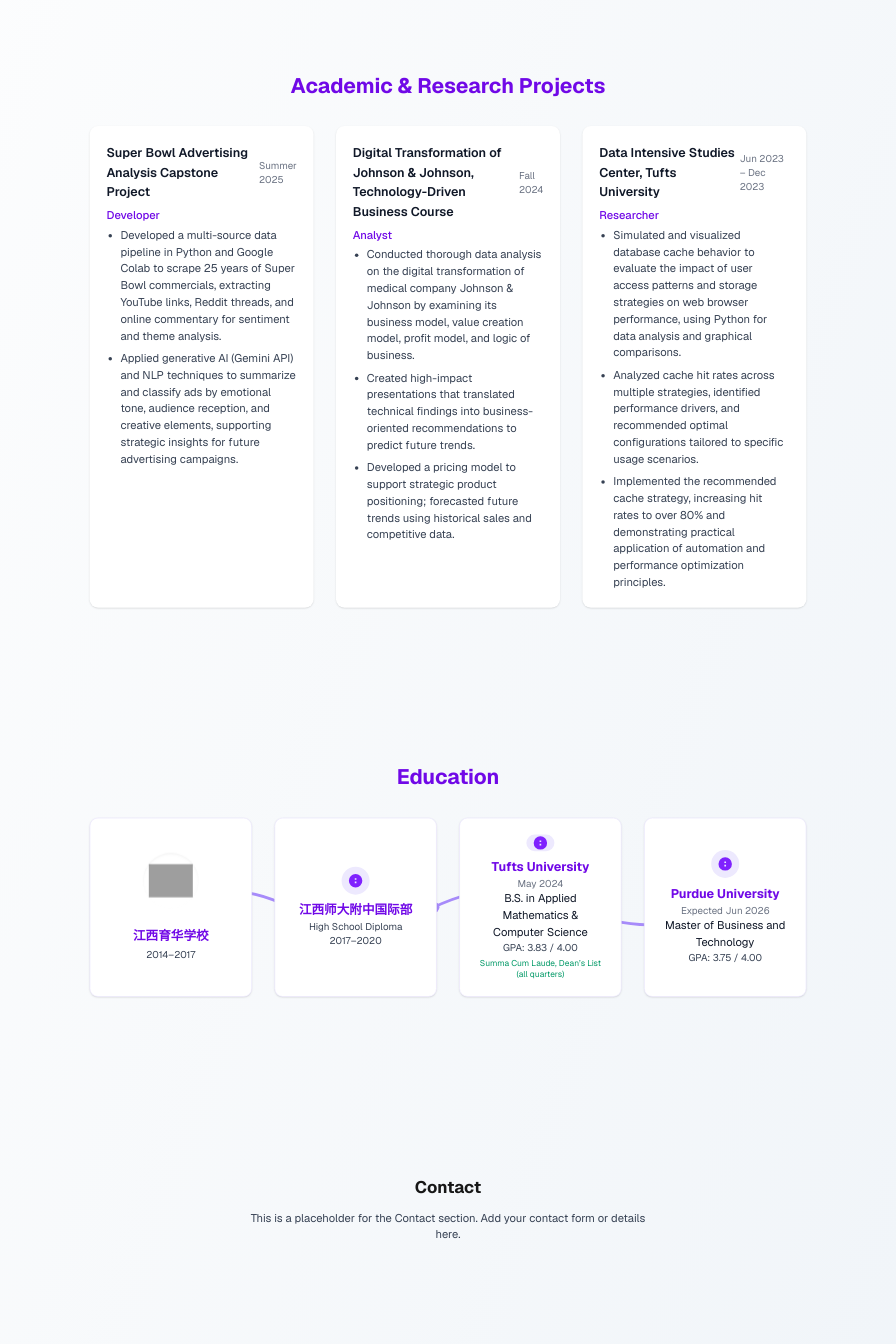
Repository: winniewyl/personal-portfolio
Page: /
These files come from the project's save history. The page is drawn as it stood at one moment and after the next save; the edit follows.
The browser window is 1280 px wide. The pictures show the part of the page from y = 1833 to 3753 px (the page is 3753 px tall), at 70% of full size.
Pictures or frames that could not be fetched are drawn as grey boxes. The project was rebuilt for these pictures with package versions that can differ from the ones it lists, and the page was loaded fresh each time. The framework's server and built-in components were replaced by stand-ins that run in the browser. Also part of the build but not shown: next.config.ts.

Above is the page before, as saved 2025-07-23 12:11:54.

### src/app/page.tsx
import Hero from '../components/Hero';
import About from '../components/About';
import Projects from '../components/Projects';
import Contact from '../components/Contact';

const experienceData = [
  {
    org: 'Data Intensive Studies Center, Tufts University',
    title: 'Data Analyst Intern & Co-Author',
    date: 'Jun 2023 – Dec 2023',
    highlights: [
      'Developed a custom Drupal-based content management site to present visualizations and insights from research on AI/ML ethics, integrating cross-functional feedback and automation techniques to enhance visibility.',
      'Co-led the development of an open-source AI Ethics tool using GitBook, contributing to interface design, stakeholder engagement, and survey analysis in the context of autonomous vehicle applications.',
      'Co-authored The Third Moment of AI Ethics, published on arXiv: https://arxiv.org/abs/2501.16954.',
    ],
  },
];

const projectData = [
  {
    title: 'Super Bowl Advertising Analysis Capstone Project',
    role: 'Developer',
    date: 'Summer 2025',
    highlights: [
      'Developed a multi-source data pipeline in Python and Google Colab to scrape 25 years of Super Bowl commercials, extracting YouTube links, Reddit threads, and online commentary for sentiment and theme analysis.',
      'Applied generative AI (Gemini API) and NLP techniques to summarize and classify ads by emotional tone, audience reception, and creative elements, supporting strategic insights for future advertising campaigns.',
    ],
  },
  {
    title:
      'Digital Transformation of Johnson & Johnson, Technology-Driven Business Course',
    role: 'Analyst',
    date: 'Fall 2024',
    highlights: [
      'Conducted thorough data analysis on the digital transformation of medical company Johnson & Johnson by examining its business model, value creation model, profit model, and logic of business.',
      'Created high-impact presentations that translated technical findings into business-oriented recommendations to predict future trends.',
      'Developed a pricing model to support strategic product positioning; forecasted future trends using historical sales and competitive data.',
    ],
  },
  {
    title: 'Data Intensive Studies Center, Tufts University',
    role: 'Researcher',
    date: 'Jun 2023 – Dec 2023',
    highlights: [
      'Simulated and visualized database cache behavior to evaluate the impact of user access patterns and storage strategies on web browser performance, using Python for data analysis and graphical comparisons.',
      'Analyzed cache hit rates across multiple strategies, identified performance drivers, and recommended optimal configurations tailored to specific usage scenarios.',
      'Implemented the recommended cache strategy, increasing hit rates to over 80% and demonstrating practical application of automation and performance optimization principles.',
    ],
  },
];

export default function Home() {
  return (
    <div className="font-sans min-h-screen flex flex-col bg-gradient-to-br from-white via-slate-50 to-slate-100 dark:from-[#18181c] dark:via-[#1a1a22] dark:to-[#101014]">
      {/* Navbar */}
      <nav className="w-full flex items-center justify-between py-6 px-8 border-b border-gray-100 dark:border-gray-800 bg-white/80 dark:bg-[#101010]/80 backdrop-blur z-10 sticky top-0">
        <div className="text-2xl font-extrabold text-violet-600 tracking-tight">
          WW
        </div>
        <ul className="flex gap-8 text-base font-medium text-gray-900 dark:text-white">
          <li>
            <a
              href="#about"
              className="hover:text-violet-600 transition-colors"
            >
              About
            </a>
          </li>
          <li>
            <a
              href="#experience"
              className="hover:text-violet-600 transition-colors"
            >
              Experience
            </a>
          </li>
          <li>
            <a
              href="#projects"
              className="hover:text-violet-600 transition-colors"
            >
              Projects
            </a>
          </li>
          <li>
            <a
              href="#education"
              className="hover:text-violet-600 transition-colors"
            >
              Education
            </a>
          </li>
          <li>
            <a
              href="#contact"
              className="hover:text-violet-600 transition-colors"
            >
              Contact
            </a>
          </li>
        </ul>
      </nav>
      {/* Main Content */}
      <main className="flex-1 w-full flex flex-col items-center px-4 sm:px-0">
        <section className="w-full flex flex-col items-center justify-center py-20 sm:py-28 bg-transparent">
          <Hero name="Winnie Wang" role="AI Product Analyst" />
        </section>
        <section
          id="about"
          className="w-full flex flex-col items-center py-20 sm:py-28 max-w-5xl mx-auto scroll-mt-24"
        >
          <About />
        </section>
        {/* Experience Section */}
        <section
          id="experience"
          className="w-full flex flex-col items-center py-20 sm:py-28 max-w-5xl mx-auto scroll-mt-24"
        >
          <h2 className="text-3xl font-bold mb-10 text-violet-700 dark:text-violet-400">
            Internship & Professional Experience
          </h2>
          <ol className="relative border-l-2 border-violet-200 dark:border-violet-700">
            {experienceData.map((exp, idx) => (
              <li key={exp.title} className="mb-12 ml-6">
                <span className="absolute flex items-center justify-center w-8 h-8 bg-violet-100 rounded-full -left-4 ring-4 ring-white dark:ring-[#18181c]">
                  <svg
                    className="w-5 h-5 text-violet-600"
                    fill="currentColor"
                    viewBox="0 0 20 20"
                  >
                    <path d="M10 2a8 8 0 100 16 8 8 0 000-16zm1 11H9v-2h2v2zm0-4H9V7h2v2z" />
                  </svg>
                </span>
                <div className="bg-white dark:bg-[#232336] rounded-xl shadow p-6">
                  <div className="flex flex-col sm:flex-row sm:items-center sm:justify-between mb-2">
                    <span className="font-semibold text-lg text-gray-900 dark:text-white">
                      {exp.title}
                    </span>
                    <span className="text-sm text-gray-500 dark:text-gray-400">
                      {exp.date}
                    </span>
                  </div>
                  <div className="text-md font-medium text-violet-700 dark:text-violet-300 mb-1">
                    {exp.org}
                  </div>
                  <ul className="list-disc pl-5 space-y-2 text-gray-700 dark:text-gray-300">
                    {exp.highlights.map((h, i) => (
                      <li key={i}>{h}</li>
                    ))}
                  </ul>
                </div>
              </li>
            ))}
          </ol>
        </section>
        {/* Projects Section */}
        <section
          id="projects"
          className="w-full flex flex-col items-center py-20 sm:py-28 max-w-5xl mx-auto scroll-mt-24"
        >
          <h2 className="text-3xl font-bold mb-10 text-violet-700 dark:text-violet-400">
            Academic & Research Projects
          </h2>
          <div className="grid grid-cols-1 md:grid-cols-3 gap-8 w-full">
            {projectData.map((proj, idx) => (
              <div
                key={proj.title}
                className="bg-white dark:bg-[#232336] rounded-xl shadow p-6 flex flex-col"
              >
                <div className="flex flex-col sm:flex-row sm:items-center sm:justify-between mb-2">
                  <span className="font-semibold text-lg text-gray-900 dark:text-white">
                    {proj.title}
                  </span>
                  <span className="text-sm text-gray-500 dark:text-gray-400">
                    {proj.date}
                  </span>
                </div>
                <div className="text-md font-medium text-violet-700 dark:text-violet-300 mb-1">
                  {proj.role}
                </div>
                <ul className="list-disc pl-5 space-y-2 text-gray-700 dark:text-gray-300">
                  {proj.highlights.map((h, i) => (
                    <li key={i}>{h}</li>
                  ))}
                </ul>
              </div>
            ))}
          </div>
        </section>
        <section
          id="education"
          className="w-full flex flex-col items-center py-20 sm:py-28 max-w-5xl mx-auto scroll-mt-24"
        >
          <h2 className="text-3xl font-bold mb-10 text-violet-700 dark:text-violet-400">
            Education
          </h2>
          <div className="relative w-full flex flex-col md:flex-row items-center justify-center">
            {/* Timeline SVG Connector */}
            <svg
              className="hidden md:block absolute left-0 right-0 top-1/2 -translate-y-1/2 z-0"
              height="120"
              width="100%"
              viewBox="0 0 1000 120"
              fill="none"
              preserveAspectRatio="none"
            >
              <path
                d="M 80 60 Q 180 10, 280 60 T 480 60 T 680 60 T 880 60"
                stroke="#a78bfa"
                strokeWidth="4"
                fill="none"
              />
              <circle cx="80" cy="60" r="8" fill="#a78bfa" />
              <circle cx="280" cy="60" r="8" fill="#a78bfa" />
              <circle cx="480" cy="60" r="8" fill="#a78bfa" />
              <circle cx="680" cy="60" r="8" fill="#a78bfa" />
            </svg>
            {/* Education Cards */}
            <div className="flex flex-col md:flex-row items-center justify-center w-full gap-8 z-10">
              {/* Middle School */}
              <div className="flex flex-col items-center flex-1 w-64 h-64 bg-white dark:bg-[#232336] rounded-xl shadow p-6 border border-violet-100 dark:border-violet-700 text-center justify-center">
                <div className="w-20 h-20 mb-4 flex items-center justify-center rounded-full bg-white/30 backdrop-blur-md shadow-inner">
                  <img
                    src="/yu-hua-logo.png"
                    alt="江西育华学校 logo"
                    className="w-16 h-16 object-contain filter grayscale"
                    style={{ mixBlendMode: 'multiply' }}
                  />
                </div>
                <span className="font-bold text-lg text-violet-700 mt-2">
                  江西育华学校
                </span>
                <span className="text-sm text-gray-700 dark:text-gray-300 mt-1">
                  2014–2017
                </span>
              </div>
              {/* High School */}
              <div className="flex flex-col items-center flex-1 w-64 h-64 bg-white dark:bg-[#232336] rounded-xl shadow p-6 border border-violet-100 dark:border-violet-700 text-center justify-center">
                <span className="flex items-center justify-center w-10 h-10 bg-violet-100 rounded-full mb-2">
                  <svg
                    className="w-6 h-6 text-violet-600"
                    fill="currentColor"
                    viewBox="0 0 20 20"
                  >
                    <path d="M10 2a8 8 0 100 16 8 8 0 000-16zm1 11H9v-2h2v2zm0-4H9V7h2v2z" />
                  </svg>
                </span>
                <span className="font-bold text-lg text-violet-700">
                  江西师大附中国际部
                </span>
                <span className="text-sm text-gray-700 dark:text-gray-300">
                  High School Diploma
                </span>
                <span className="text-sm text-gray-700 dark:text-gray-300">
                  2017–2020
                </span>
              </div>
              {/* Tufts University */}
              <div className="flex flex-col items-center flex-1 w-64 h-64 bg-white dark:bg-[#232336] rounded-xl shadow p-6 border border-violet-100 dark:border-violet-700 text-center justify-center">
                <span className="flex items-center justify-center w-10 h-10 bg-violet-100 rounded-full mb-2">
                  <svg
                    className="w-6 h-6 text-violet-600"
                    fill="currentColor"
                    viewBox="0 0 20 20"
                  >
                    <path d="M10 2a8 8 0 100 16 8 8 0 000-16zm1 11H9v-2h2v2zm0-4H9V7h2v2z" />
                  </svg>
                </span>
                <span className="font-bold text-lg text-violet-700">
                  Tufts University
                </span>
                <span className="text-sm text-gray-500 dark:text-gray-400">
                  May 2024
                </span>
                <span className="text-gray-900 dark:text-white">
                  B.S. in Applied Mathematics & Computer Science
                </span>
                <span className="text-sm text-gray-700 dark:text-gray-300">
                  GPA: 3.83 / 4.00
                </span>
                <span className="text-xs text-emerald-600 mt-1">
                  Summa Cum Laude, Dean’s List (all quarters)
                </span>
              </div>
              {/* Purdue University */}
              <div className="flex flex-col items-center flex-1 w-64 h-64 bg-white dark:bg-[#232336] rounded-xl shadow p-6 border border-violet-100 dark:border-violet-700 text-center justify-center">
                <span className="flex items-center justify-center w-10 h-10 bg-violet-100 rounded-full mb-2">
                  <svg
                    className="w-6 h-6 text-violet-600"
                    fill="currentColor"
                    viewBox="0 0 20 20"
                  >
                    <path d="M10 2a8 8 0 100 16 8 8 0 000-16zm1 11H9v-2h2v2zm0-4H9V7h2v2z" />
                  </svg>
                </span>
                <span className="font-bold text-lg text-violet-700">
                  Purdue University
                </span>
                <span className="text-sm text-gray-500 dark:text-gray-400">
                  Expected Jun 2026
                </span>
                <span className="text-gray-900 dark:text-white">
                  Master of Business and Technology
                </span>
                <span className="text-sm text-gray-700 dark:text-gray-300">
                  GPA: 3.75 / 4.00
                </span>
              </div>
            </div>
          </div>
        </section>
        <section
          id="contact"
          className="w-full flex flex-col items-center py-20 sm:py-28 max-w-5xl mx-auto scroll-mt-24"
        >
          <Contact />
        </section>
      </main>
    </div>
  );
}

### src/components/Hero.tsx
import React from 'react';

interface HeroProps {
  name: string;
  role: string;
}

const Hero: React.FC<HeroProps> = ({ name, role }) => (
  <section className="flex flex-col items-center justify-center gap-4 py-8 w-full">
    <h1 className="text-4xl sm:text-5xl font-bold text-center">{name}</h1>
    <h2 className="text-xl sm:text-2xl font-medium text-center text-gray-600 dark:text-gray-300">
      {role}
    </h2>
  </section>
);

export default Hero;

### src/components/Contact.tsx
import React from 'react';

const Contact: React.FC = () => (
  <section className="py-8 w-full flex flex-col items-center">
    <h2 className="text-2xl font-bold mb-4">Contact</h2>
    <p className="max-w-xl text-center text-gray-700 dark:text-gray-300">
      This is a placeholder for the Contact section. Add your contact form or
      details here.
    </p>
  </section>
);

export default Contact;

Loaded but not shown: src/app/layout.tsx (common file); src/app/globals.css (common file); src/components/About.tsx (119 lines, source omitted)

After the next save:
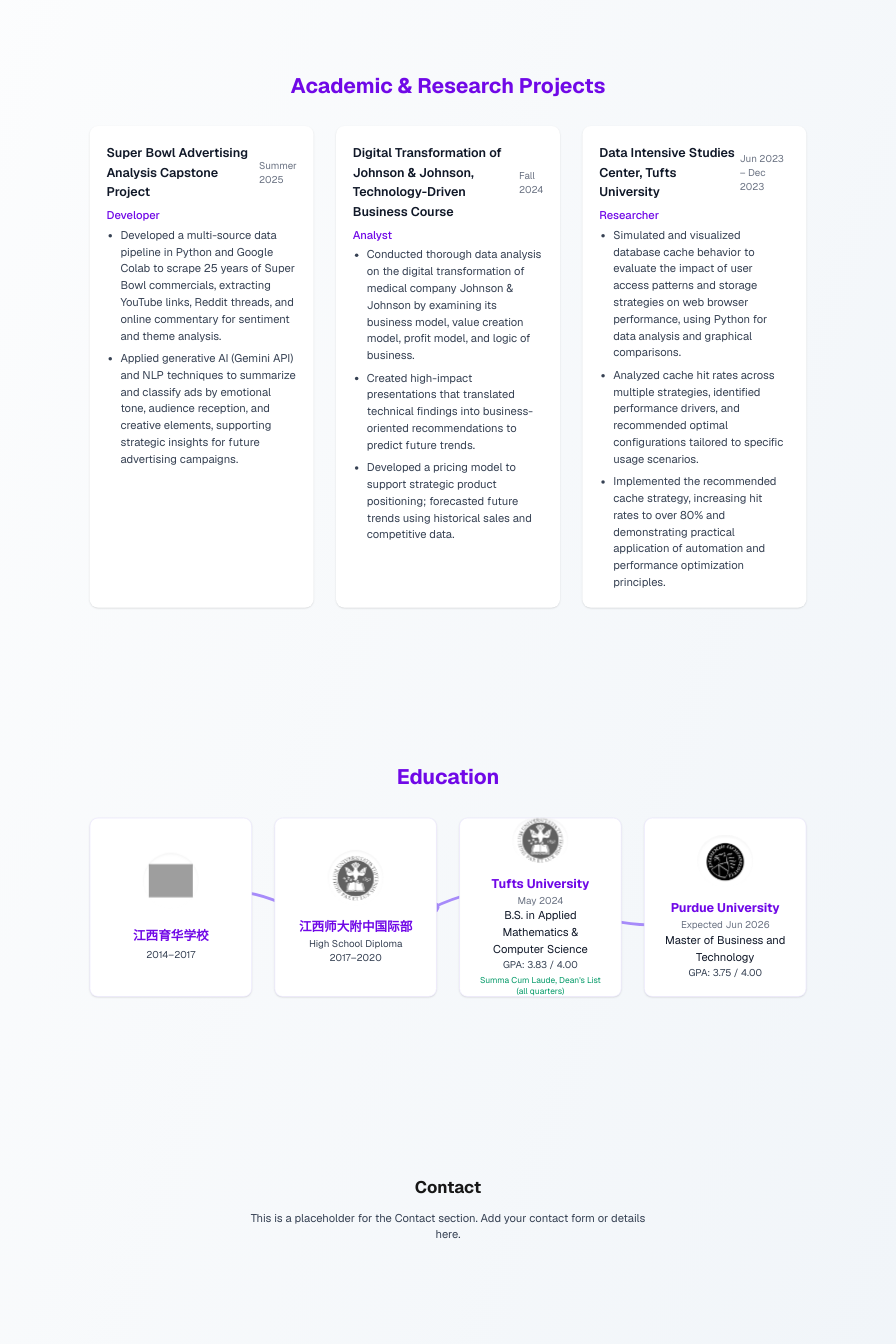
Saved 6 days later.
--- a/src/app/page.tsx
+++ b/src/app/page.tsx
@@ -236,15 +236,14 @@
               </div>
               {/* High School */}
               <div className="flex flex-col items-center flex-1 w-64 h-64 bg-white dark:bg-[#232336] rounded-xl shadow p-6 border border-violet-100 dark:border-violet-700 text-center justify-center">
-                <span className="flex items-center justify-center w-10 h-10 bg-violet-100 rounded-full mb-2">
-                  <svg
-                    className="w-6 h-6 text-violet-600"
-                    fill="currentColor"
-                    viewBox="0 0 20 20"
-                  >
-                    <path d="M10 2a8 8 0 100 16 8 8 0 000-16zm1 11H9v-2h2v2zm0-4H9V7h2v2z" />
-                  </svg>
-                </span>
+                <div className="w-20 h-20 mb-4 flex items-center justify-center rounded-full bg-white/30 backdrop-blur-md shadow-inner">
+                  <img
+                    src="/tufts-logo.png"
+                    alt="江西师大附中国际部 logo"
+                    className="w-16 h-16 object-contain filter grayscale"
+                    style={{ mixBlendMode: 'multiply' }}
+                  />
+                </div>
                 <span className="font-bold text-lg text-violet-700">
                   江西师大附中国际部
                 </span>
@@ -257,15 +256,14 @@
               </div>
               {/* Tufts University */}
               <div className="flex flex-col items-center flex-1 w-64 h-64 bg-white dark:bg-[#232336] rounded-xl shadow p-6 border border-violet-100 dark:border-violet-700 text-center justify-center">
-                <span className="flex items-center justify-center w-10 h-10 bg-violet-100 rounded-full mb-2">
-                  <svg
-                    className="w-6 h-6 text-violet-600"
-                    fill="currentColor"
-                    viewBox="0 0 20 20"
-                  >
-                    <path d="M10 2a8 8 0 100 16 8 8 0 000-16zm1 11H9v-2h2v2zm0-4H9V7h2v2z" />
-                  </svg>
-                </span>
+                <div className="w-20 h-20 mb-4 flex items-center justify-center rounded-full bg-white/30 backdrop-blur-md shadow-inner">
+                  <img
+                    src="/tufts-logo.png"
+                    alt="Tufts University logo"
+                    className="w-16 h-16 object-contain filter grayscale"
+                    style={{ mixBlendMode: 'multiply' }}
+                  />
+                </div>
                 <span className="font-bold text-lg text-violet-700">
                   Tufts University
                 </span>
@@ -279,20 +277,19 @@
                   GPA: 3.83 / 4.00
                 </span>
                 <span className="text-xs text-emerald-600 mt-1">
-                  Summa Cum Laude, Dean’s List (all quarters)
+                  Summa Cum Laude, Dean's List (all quarters)
                 </span>
               </div>
               {/* Purdue University */}
               <div className="flex flex-col items-center flex-1 w-64 h-64 bg-white dark:bg-[#232336] rounded-xl shadow p-6 border border-violet-100 dark:border-violet-700 text-center justify-center">
-                <span className="flex items-center justify-center w-10 h-10 bg-violet-100 rounded-full mb-2">
-                  <svg
-                    className="w-6 h-6 text-violet-600"
-                    fill="currentColor"
-                    viewBox="0 0 20 20"
-                  >
-                    <path d="M10 2a8 8 0 100 16 8 8 0 000-16zm1 11H9v-2h2v2zm0-4H9V7h2v2z" />
-                  </svg>
-                </span>
+                <div className="w-20 h-20 mb-4 flex items-center justify-center rounded-full bg-white/30 backdrop-blur-md shadow-inner">
+                  <img
+                    src="/purdue-logo.png"
+                    alt="Purdue University logo"
+                    className="w-16 h-16 object-contain filter grayscale"
+                    style={{ mixBlendMode: 'multiply' }}
+                  />
+                </div>
                 <span className="font-bold text-lg text-violet-700">
                   Purdue University
                 </span>
